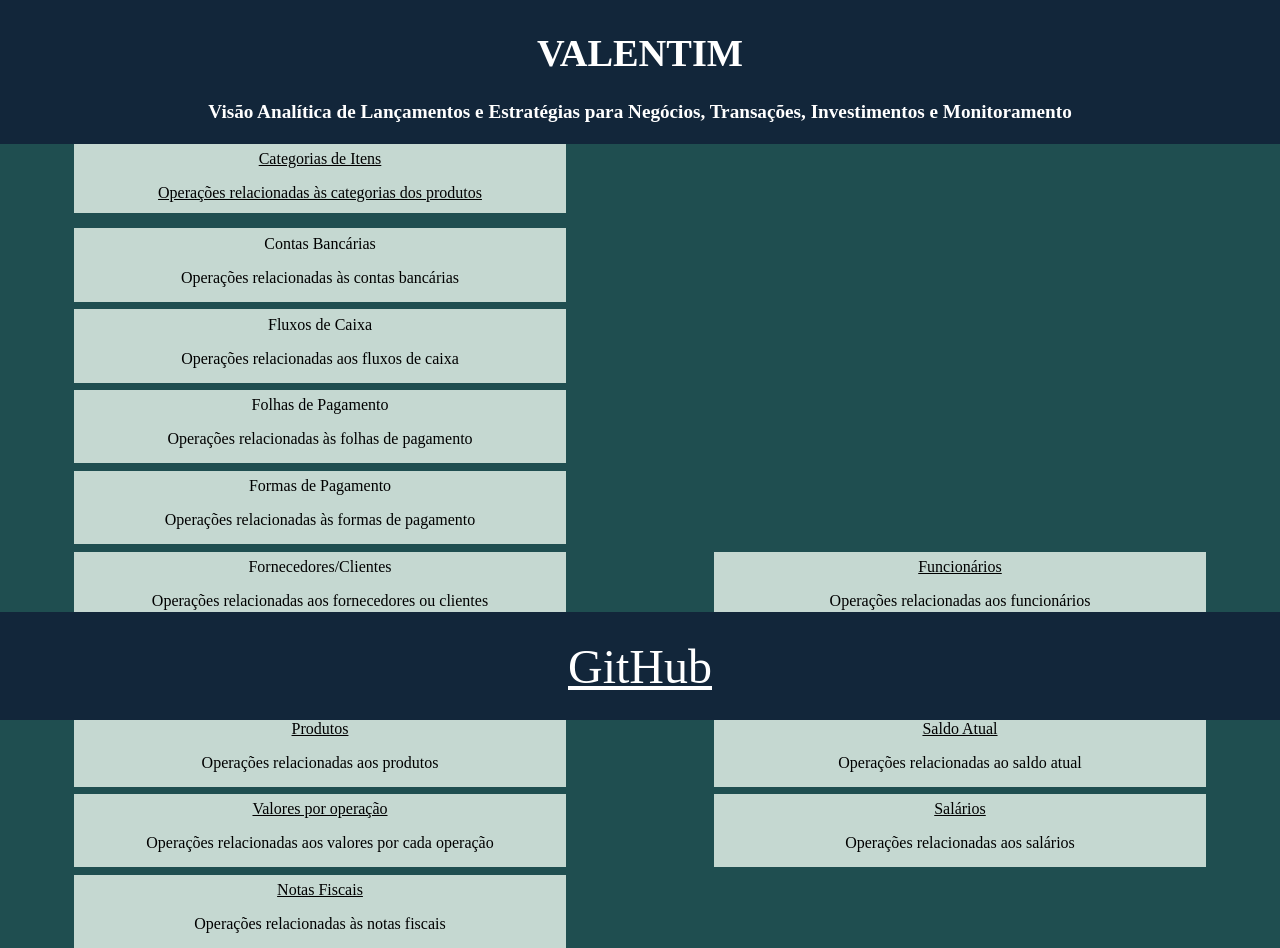
Repository: Matheus-Lacerda009/ERP-Financeiro
Page: Front/menu/menu.html
An editor plug-in stored every save of this project. The page is shown before and after a run of saves, followed by the edit.
The browser window is 1280 px wide. The pictures show the whole page.

Above is the page before, as saved 2026-07-13 19:12:14.

### Front/menu/menu.html
<!DOCTYPE html>
<html lang="en">
<head>
    <meta charset="UTF-8">
    <meta name="viewport" content="wclassth=device-wclassth, initial-scale=1.0">
    <link rel="stylesheet" href="menu.css">
    <title>Document</title>
</head>
<body>
    <header>
        <h1>VALENTIM</h1>
        <h2>Visão Analítica de Lançamentos e Estratégias para Negócios, Transações, Investimentos e Monitoramento</h2>
    </header>
    <main>
        <div id="espaço"></div>
        <div class="container">
            <a href="../categoria_item/categoria_item.html" class="links">
                <div class="divEntidades">
                    <p>Categorias de Itens</p>
                    <p>Operações relacionadas às categorias dos produtos</p>
                </div>
            </a>
            <a href="../conta_bancaria/conta_bancaria.html" class="links"></a>
            <div class="divEntidades">
                Contas Bancárias</a>
                <p>Operações relacionadas às contas bancárias</p>
            </div>
            <a href="../fluxo_caixa/fluxo_caixa.html" class="links"></a>
            <div class="divEntidades">
                Fluxos de Caixa</a>
                <p>Operações relacionadas aos fluxos de caixa</p>
            </div>
            <a href="../folha_pagamento/folha_pagamento.html" class="links"></a>
            <div class="divEntidades">
                Folhas de Pagamento</a>
                <p>Operações relacionadas às folhas de pagamento</p>
            </div>
            <a href="../forma_pagamento/forma_pagamento.html" class="links"></a>
            <div class="divEntidades">
                Formas de Pagamento</a>
                <p>Operações relacionadas às formas de pagamento</p>
            </div>
            <a href="../fornecedor_cliente/fornecedor_cliente.html" class="links"></a>
            <div class="divEntidades">
                Fornecedores/Clientes</a>
                <p>Operações relacionadas aos fornecedores ou clientes</p>
            </div>
            <div class="divEntidades">
                <a href="../funcionario/funcionario.html" class="links">Funcionários</a>
                <p>Operações relacionadas aos funcionários</p>
            </div>
            <div class="divEntidades">
                <a href="../itens_operacao/itens_operacao.html" class="links">Itens por Operação</a>
                <p>Operações relacionadas aos itens por cada operação</p>
            </div>
            <div class="divEntidades">
                <a href="../operacao/operacao.html" class="links">Operações</a>
                <p>Operações relacionadas às operações</p>
            </div>
            <div class="divEntidades">
                <a href="../produtos/produtos.html" class="links">Produtos</a>
                <p>Operações relacionadas aos produtos</p>
            </div>
            <div class="divEntidades">
                <a href="../saldoAtual/saldoAtual.html" class="links">Saldo Atual</a>
                <p>Operações relacionadas ao saldo atual</p>
            </div>
            <div class="divEntidades">
                <a href="../valor_pVenda/valor_pVenda.html" class="links">Valores por operação</a>
                <p>Operações relacionadas aos valores por cada operação</p>
            </div>
            <div class="divEntidades">
                <a href="../valor_salario/valor_salario.html" class="links">Salários</a>
                <p>Operações relacionadas aos salários</p>
            </div>
            <div class="divEntidades">
                <a href="../notaFiscal/nota_fiscal.html" class="links">Notas Fiscais</a>
                <p>Operações relacionadas às notas fiscais</p>
            </div>
        </div>
    </main>
    <footer>
        <a href="https://github.com/Matheus-Lacerda009/ERP-Financeiro.git" id="github">GitHub</a>
    </footer>
</body>
</html>

### Front/menu/menu.css
body{
    overflow: hidden;
}
header{
    position: fixed;
    top: 0;
    left: 0;
    width: 100%;
    height: 20%;
    background-color: #12263A;
    z-index: 1;
    text-align: center;
    align-content: center;
}

footer{
    position: fixed;
    bottom: 0;
    left: 0;
    width: 100%;
    height: 15%;
    background-color: #12263A;
    text-align: center;
    align-content: center;
}

#github{
    color: white;
    font-size: 300%;
}

header, h1{
    font-size: 300%;
    color: white;
    font-size: 3vw;
}

header, h2{
    color: white;
    font-size: 1.5vw;
}

body{
    margin: 0;
    padding: 0;
    background-color: #1f4e50;
}

.container{
    height: 100vh;
    width: 100%;
    margin-top: 10%;
    box-sizing: border-box;
    display: grid;
    grid-template-columns: repeat(2, 7fr);
    align-content: start;
}

.divEntidades{
    height: 75%;
    width: 75%;
    background-color: #C5D8D1;
    text-align: center;
    padding: 1%;
    margin: auto;
}

.links{
    color: black;
}

After the next 2 saves:
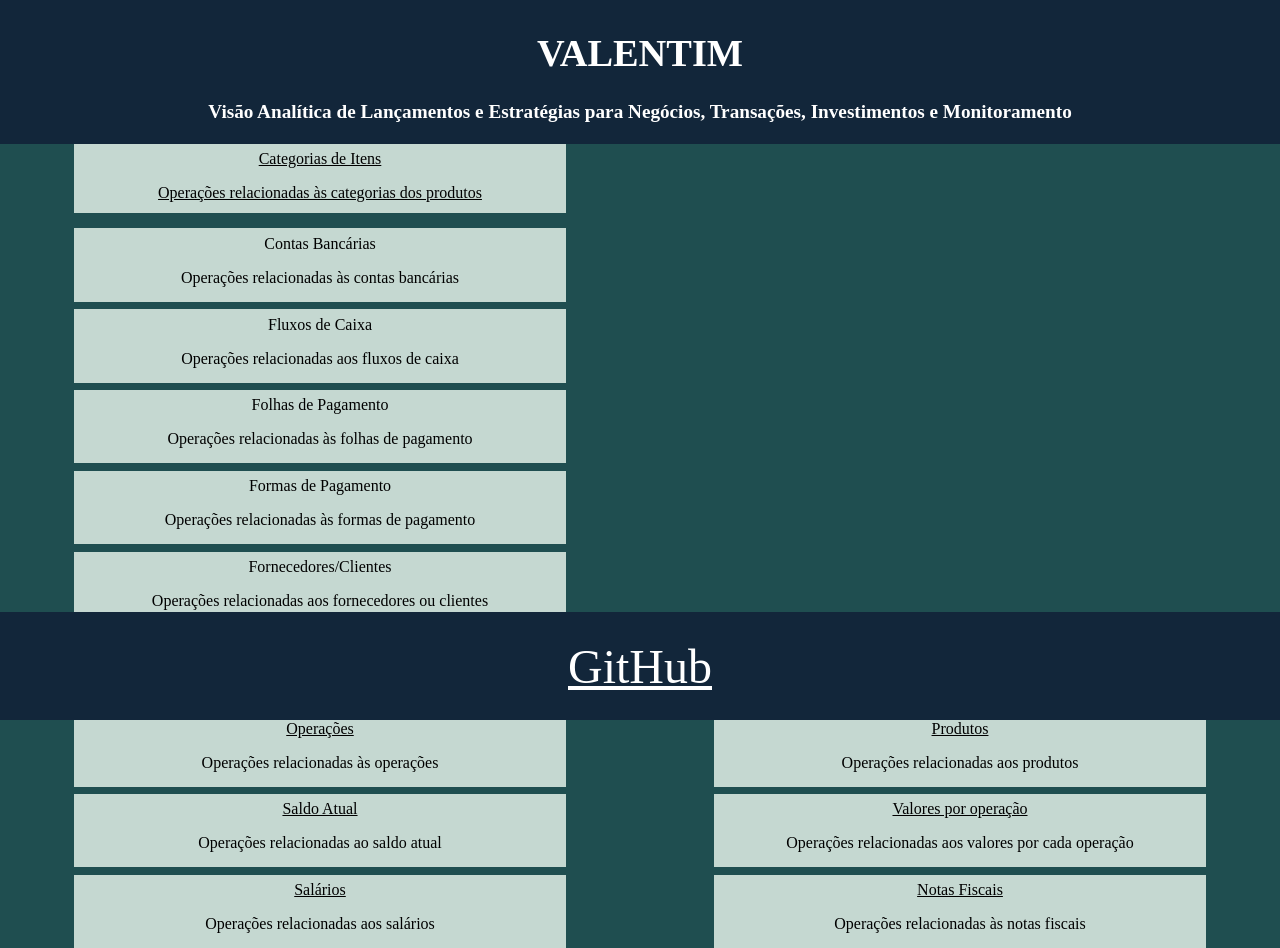
The 2 saves are shown as one change because they came seconds apart.
The last was saved 9 s later.
--- a/Front/menu/menu.html
+++ b/Front/menu/menu.html
@@ -45,8 +45,9 @@
                 Fornecedores/Clientes</a>
                 <p>Operações relacionadas aos fornecedores ou clientes</p>
             </div>
+            <a href="../funcionario/funcionario.html" class="links"></a>
             <div class="divEntidades">
-                <a href="../funcionario/funcionario.html" class="links">Funcionários</a>
+                Funcionários</a>
                 <p>Operações relacionadas aos funcionários</p>
             </div>
             <div class="divEntidades">
